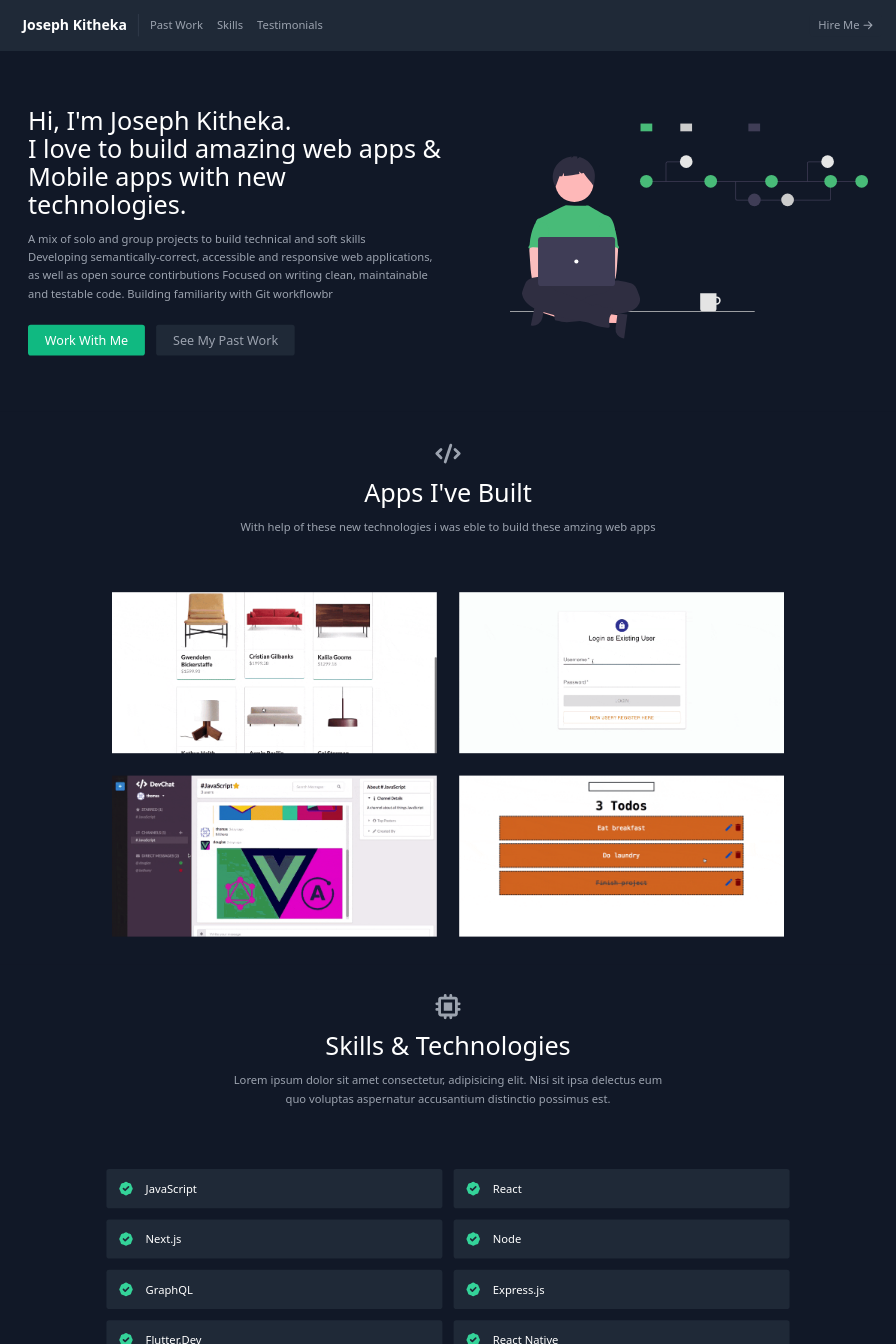
Repository: fhub-1/my-site
Page: /
The author's editor kept a copy of each file at every save. The page is drawn from the files as they stood at one save, then again after the next save.
The browser window is 1280 px wide. The pictures show the part of the page from y = 0 to 1920 px (the page is 3236 px tall), at 70% of full size.
The project was rebuilt for these pictures with package versions that can differ from the ones it lists, and the page was loaded fresh each time. Also part of the build but not shown: craco.config.js.

Above is the page before, as saved 2022-01-22 12:15:59.

After the next save:
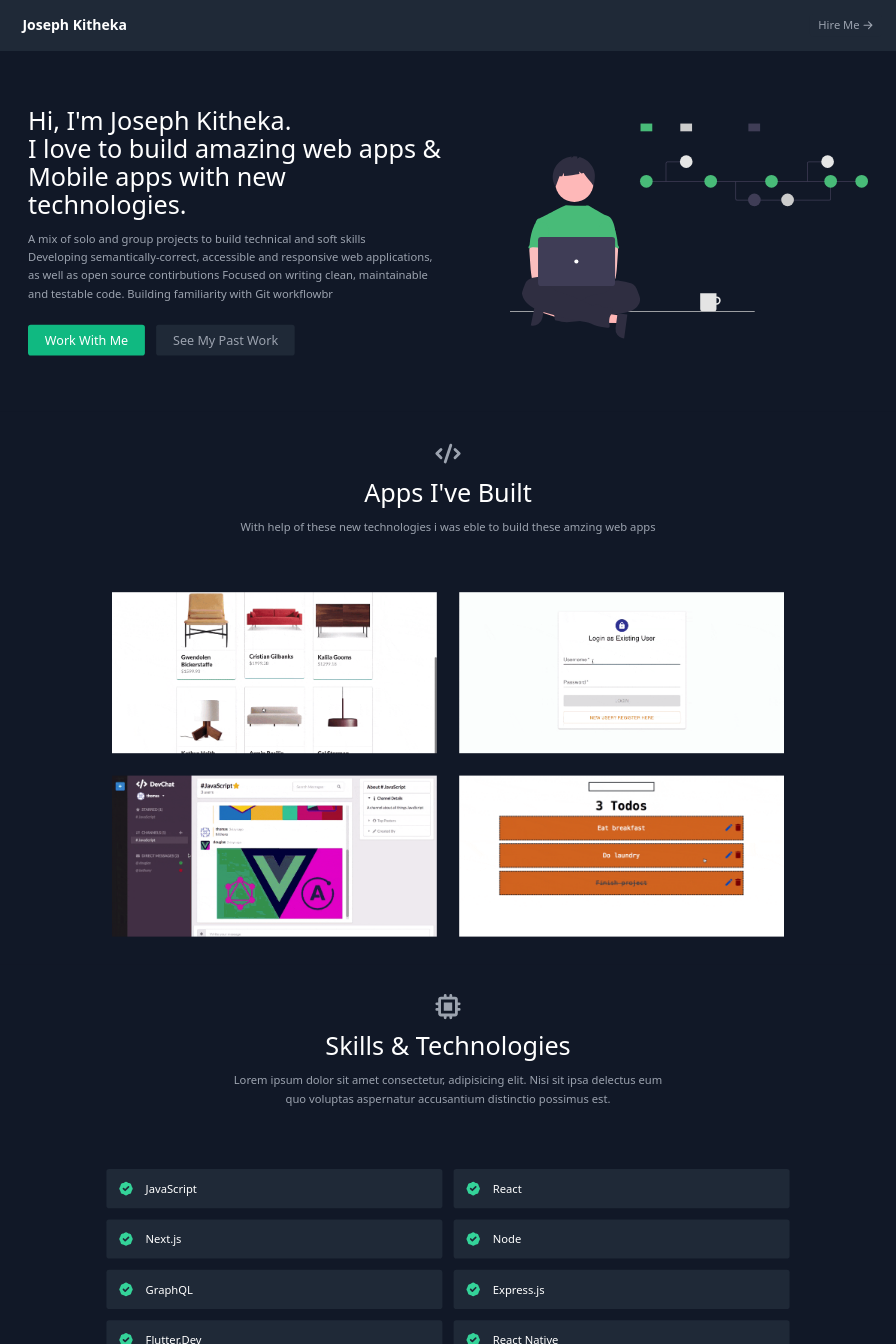
Saved 32 min 57 s later.
--- a/src/components/Navbar.js
+++ b/src/components/Navbar.js
@@ -10,7 +10,10 @@
            Joseph Kitheka
           </a>
         </a>
-        <nav className="md:mr-auto md:ml-4 md:py-1 md:pl-4 md:border-l md:border-gray-700	flex flex-wrap items-center text-base justify-center">
+             <nav className="md:mr-auto md:ml-4 md:py-1 md:border-1 md:border-gray-700 flex flex-wrap items-center text-base justify-center">
+
+             </nav>
+        {/* <nav className="md:mr-auto md:ml-4 md:py-1 md:pl-4 md:border-l md:border-gray-700	flex flex-wrap items-center text-base justify-center">
           <a href="#projects" className="mr-5 hover:text-white">
             Past Work
           </a>
@@ -20,7 +23,7 @@
           <a href="#testimonials" className="mr-5 hover:text-white">
             Testimonials
           </a>
-        </nav>
+        </nav> */}
         <a
           href="#contact"
           className="inline-flex items-center bg-gray-800 border-0 py-1 px-3 focus:outline-none hover:bg-gray-700 rounded text-base mt-4 md:mt-0">
